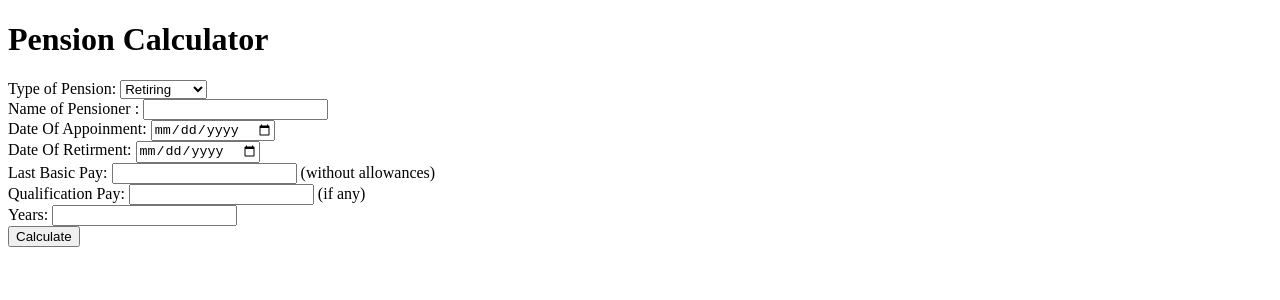
Repository: AQSA-ABDULLAH/RetirementManagmentSystem
Page: RetimentManagmentSystem/src/main/webapp/PensionCalculator.html
These files come from the project's save history. The page is drawn as it stood at one moment and after the next save; the edit follows.
The browser window is 1280 px wide. The pictures show the whole page.

Above is the page before, as saved 2023-08-13 17:52:11.

### RetimentManagmentSystem/src/main/webapp/PensionCalculator.html
<!DOCTYPE html>
<html>
<head>
<meta charset="ISO-8859-1">
<title>Pension Calculator</title>
<script>
  function calculatePension() {
    var initialAmount = parseFloat(document.getElementById('initialAmount').value);
    var annualContribution = parseFloat(document.getElementById('annualContribution').value);
    var interestRate = parseFloat(document.getElementById('interestRate').value) / 100;
    var years = parseInt(document.getElementById('years').value);

    var totalAmount = initialAmount;
    for (var i = 1; i <= years; i++) {
      totalAmount += annualContribution;
      totalAmount *= (1 + interestRate);
    }

    document.getElementById('result').innerHTML = 'Your pension after ' + years + ' years will be: $' + totalAmount.toFixed(2);
  }
</script>
</head>
<body>
  <h1>Pension Calculator</h1>
  <form method="post" action="myservlet">

	<label for="type">Type of Pension:</label>
	<select id="fruits" name="fruits">
		<option value="apple">Retiring</option>
		<option value="banana">Banana</option>
        <option value="orange">Orange</option>
        <option value="grape">Grape</option>
        <option value="strawberry">Strawberry</option>
      </select><br>

    <label for="name">Name of Pensioner :</label>
    <input type="text" id="name" required><br>

    <label for="DateAppoinment">Date Of Appoinment:</label>
    <input type="date" id="DateApponiment" required><br>

    <label for="DateRetirment">Date Of Retirment:</label>
    <input type="date" id="DateRetirment" required><br>

    <label for="BasicPay">Last Basic Pay:</label>
    <input type="number" id="BasicPay" required>
    <span>(without allowances)</span><br>

    <label for="QualificationPay">Qualification Pay:</label>
    <input type="number" id="QualificationPay">
    <span>(if any)</span><br>

    <label for="years">Years:</label>
    <input type="number" id="years" step="1" required><br>

    <button type="button" onclick="calculatePension()">Calculate</button>
  </form>

  <p id="result"></p>
</body>
</html>

After the next save:
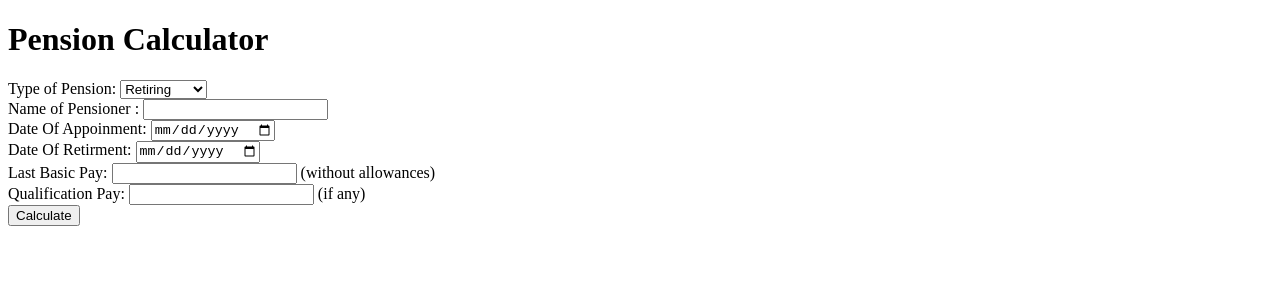
Saved 44 s later.
--- a/RetimentManagmentSystem/src/main/webapp/PensionCalculator.html
+++ b/RetimentManagmentSystem/src/main/webapp/PensionCalculator.html
@@ -50,9 +50,6 @@
     <input type="number" id="QualificationPay">
     <span>(if any)</span><br>
 
-    <label for="years">Years:</label>
-    <input type="number" id="years" step="1" required><br>
-
     <button type="button" onclick="calculatePension()">Calculate</button>
   </form>
 
